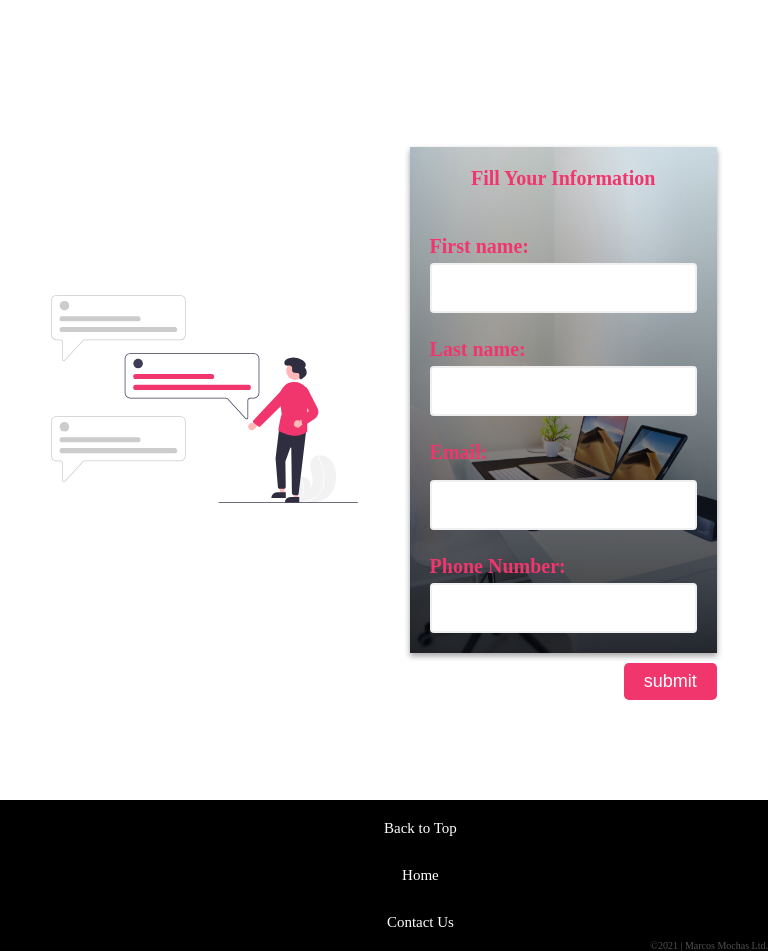
Repository: CAMPSLOPY/marcos-mochas
Page: HTML/contact.html
An editor plug-in stored every save of this project. The page is shown before and after the next save, followed by the edit.
The browser window is 768 px wide. The pictures show the whole page.

Above is the page before, as saved 2021-07-05 00:33:10.

After the next save:
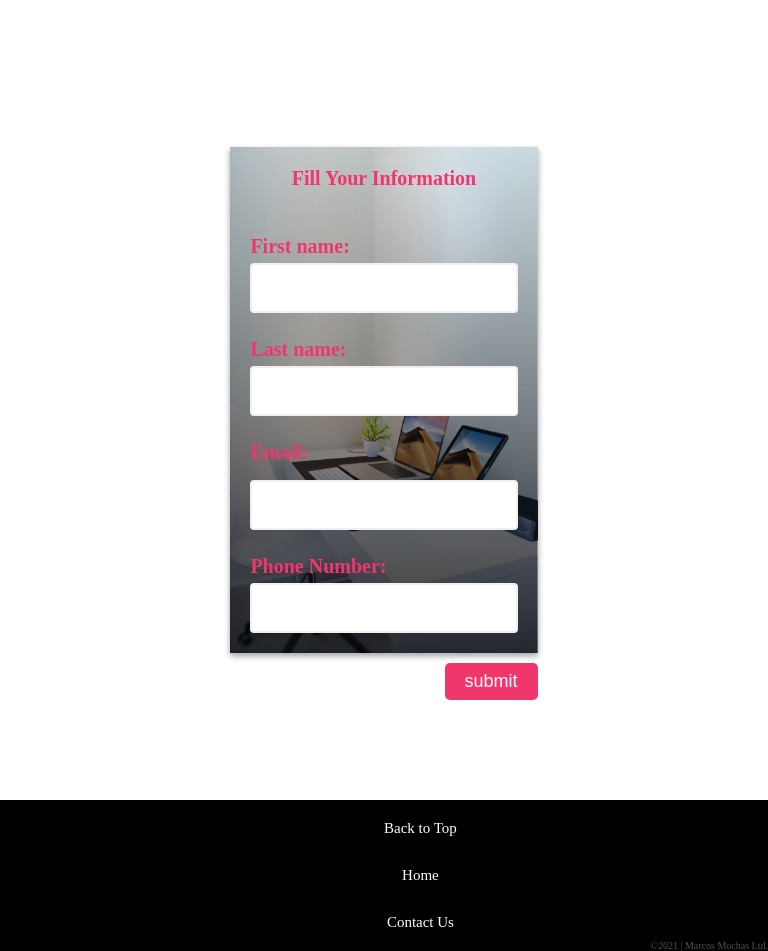
Saved 5 s later.
--- a/CSS/contact.css
+++ b/CSS/contact.css
@@ -180,5 +180,7 @@ footer ul li a {
     display: none;
   }
   /* styling the form */
-  .form-content-text
+  .form-content-text{
+      display: none;
+  }
 }
